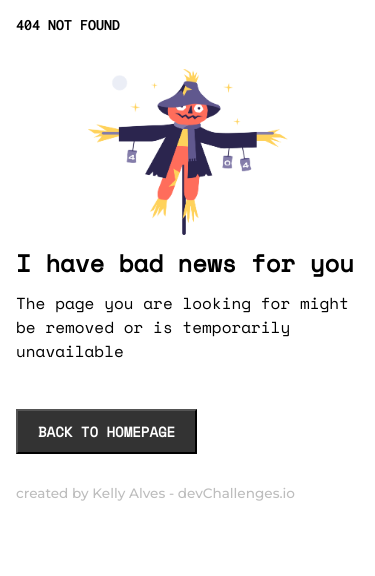
Repository: kellyalves87/404_not_found
Page: index.html
The author's editor kept a copy of each file at every save. The page is drawn from the files as they stood at one save, then again after the next save.
The browser window is 375 px wide. The pictures show the whole page.

Above is the page before, as saved 2021-05-16 15:37:44.

### index.html
<!DOCTYPE html>
<html lang="en">

<head>
  <meta charset="utf-8" />
  <meta name="viewport" content="width=device-width, initial-scale=1,
  maximum-scale=5" />
  <link rel="icon" href="./assets/devchallenges.png" />
  <link rel="shortcut icon" type="image/x-icon" href="https://devchallenges.io/" />
  <link rel="preconnect" href="https://fonts.gstatic.com">
<link href="https://fonts.googleapis.com/css2?family=Inconsolata:wght@700&family=Montserrat:wght@500&family=Space+Mono:ital,wght@0,400;1,700&display=swap" rel="stylesheet">
  <link rel="stylesheet" href="./style/index.css">
  <link rel="stylesheet" href="./style/reset.css">
  <title>Devchallenges</title>
</head>

<header class="header">
  <h1>404 not found</h1>
</header>

<body>
  <section class="content">
    <img src="./assets/Scarecrow.png" alt="straw man">
    <h1>I have bad news for you</h1>
    <p>The page you are looking for might be removed or is temporarily unavailable</p>
  </section>
  <div class="button">
    <button type="button">back to homepage</button>
  </div>
    <footer class="footer">
      <a href="https://github.com/kellyalves87">created by Kelly Alves - devChallenges.io</a>
    </footer>
</body>

</html>

### style/index.css
/* Mobile first */
@media only screen and (max-width: 600px) {
  .header h1 {
    font-family: inconsolata, sans-serif;
    font-size: 1rem;
    text-transform: uppercase;
  }

  .content img {
    padding-top: 20px;
    display: flex;
    margin: auto;
    width: 200px;
  }

  .header, .content, .button, .footer {
    margin: 1rem;
  }

  .content h1,
  p,
  button {
    font-family: Space Mono, sans-serif;
  }

  .content h1,
  button {
    font-weight: 700;
  }

  .content h1 {
    padding-top: 10px;
    padding-bottom: 10px;
  }

  .content p {
    font-weight: 400;
    padding-bottom: 30px;
  }

  button {
    color: #ffffff;
    cursor: pointer;
    background-color: #333333;
    font-size: 14px;
    position: absolute;
    padding: 10px 20px;
    text-transform: uppercase;
  }

  .footer {
    padding-top: 60px;
    position: absolute;
    font-size: .85rem;
  }
  .footer a {
    color: #bdbdbd;
    font-family: Montserrat, sans-serif;
    text-decoration: none;
  }
}

Loaded but not shown: style/reset.css (common file)

After the next save:
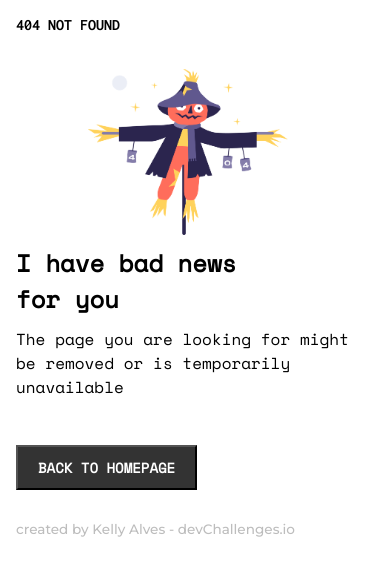
Saved 2 min 16 s later.
--- a/style/index.css
+++ b/style/index.css
@@ -31,6 +31,7 @@
   .content h1 {
     padding-top: 10px;
     padding-bottom: 10px;
+    padding-right: 80px;
   }
 
   .content p {
